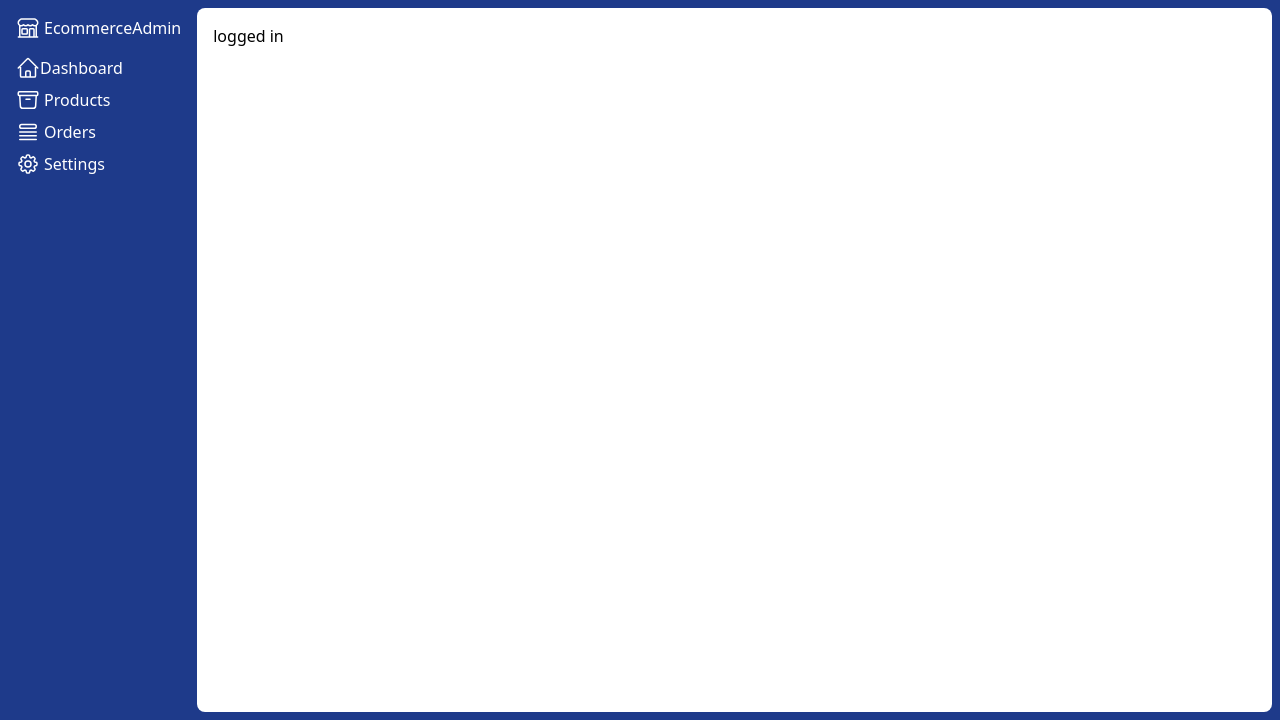
Repository: xoshiraghavx/CRUDS
Page: /
An editor plug-in stored every save of this project. The page is shown before and after the next save, followed by the edit.
The browser window is 1280 px wide. The pictures show the whole page.
The page's requests for data from a server got no answer. The project was rebuilt for these pictures with package versions that can differ from the ones it lists, and the page was loaded fresh each time. The framework's server and built-in components were replaced by stand-ins that run in the browser. No one was signed in, and anything a server would have sent is missing. Also part of the build but not shown: next.config.mjs.

Above is the page before, as saved 2024-02-22 19:45:44.

After the next save:
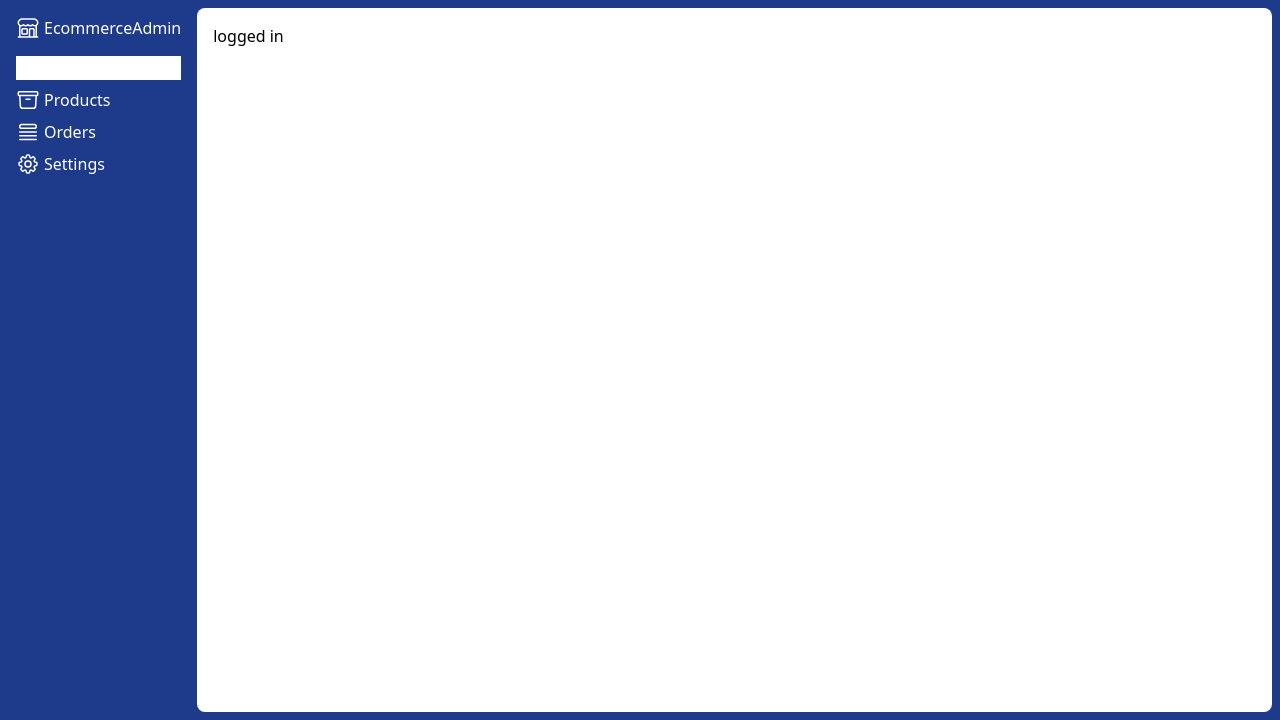
Saved 10 s later.
--- a/components/Nav.js
+++ b/components/Nav.js
@@ -3,7 +3,7 @@ import React from 'react'
 
 const Nav = () => {
     const inactiveLink = 'flex gap-1';
-    const activeLink = inactiveLink + 'text-black';
+    const activeLink = inactiveLink + 'text-black bg-white';
   return (
     <aside className='text-white p-4'>
         <Link href={'/'} className='flex gap-1 mb-4'>
